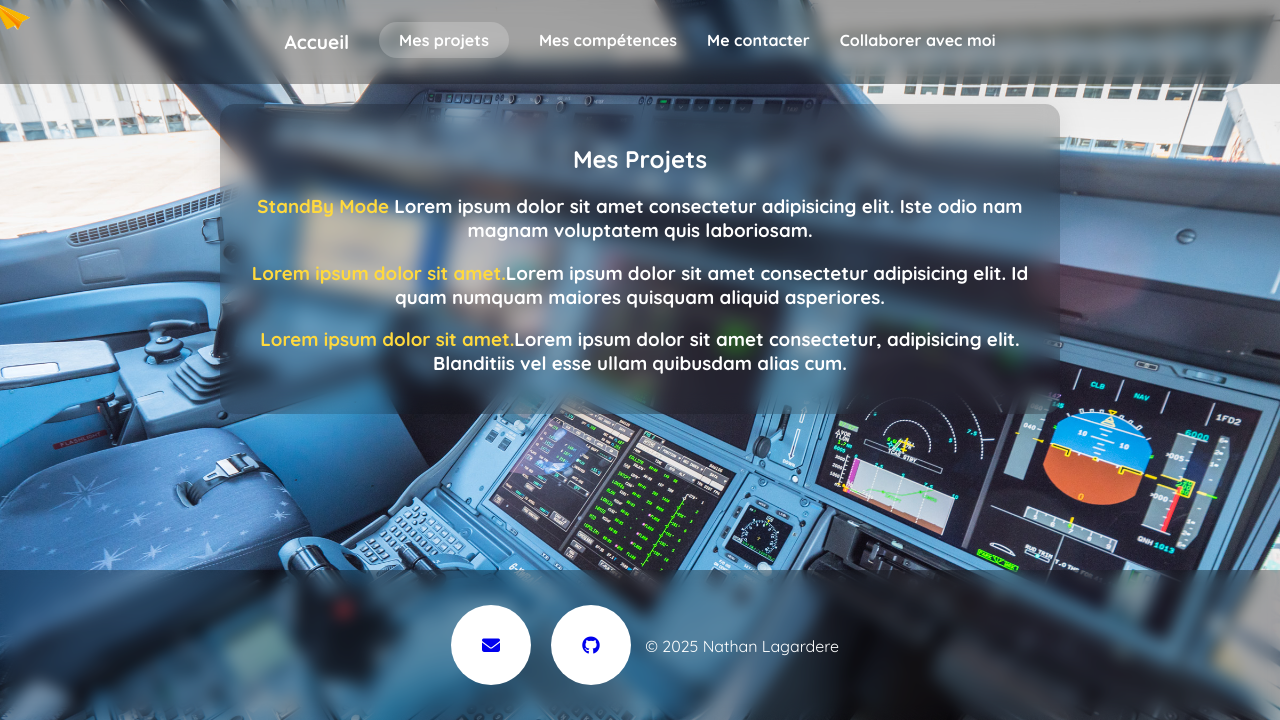
Repository: nlagardere/myportfolio
Page: projects.html
An editor plug-in stored every save of this project. The page is shown before and after the next save, followed by the edit.
The browser window is 1280 px wide. The pictures show the whole page.

Above is the page before, as saved 2025-09-07 12:00:43.

After the next save:
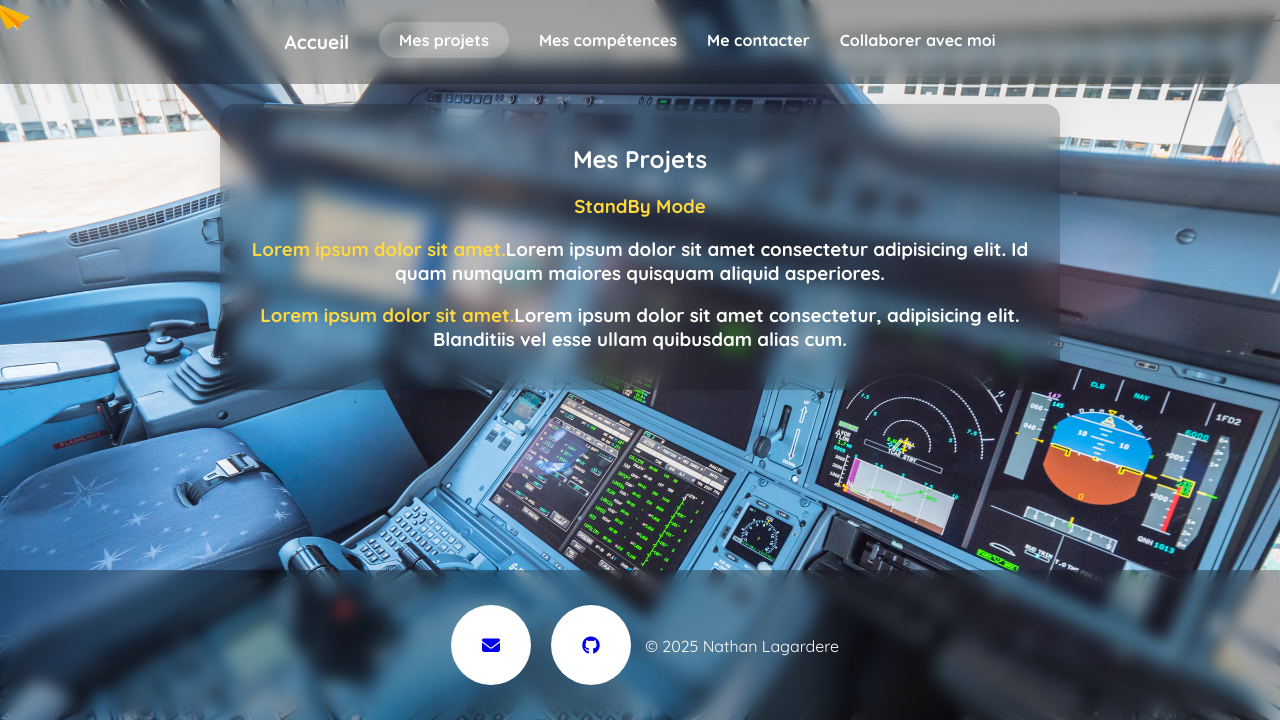
Saved 4 s later.
--- a/projects.html
+++ b/projects.html
@@ -235,7 +235,7 @@
  <div calss="projects">
     <div class="glasscard">
       <h2>Mes Projets</h2>
-      <h3><span class="highlight">StandBy Mode</span> Lorem ipsum dolor sit amet consectetur adipisicing elit. Iste odio nam magnam voluptatem quis laboriosam.</h3>
+      <h3><span class="highlight">StandBy Mode</span></h3>
       <h3><span class="highlight">Lorem ipsum dolor sit amet.</span>Lorem ipsum dolor sit amet consectetur adipisicing elit. Id quam numquam maiores quisquam aliquid asperiores.</h3>
       <h3><span class="highlight">Lorem ipsum dolor sit amet.</span>Lorem ipsum dolor sit amet consectetur, adipisicing elit. Blanditiis vel esse ullam quibusdam alias cum.</h3>
     </div>
